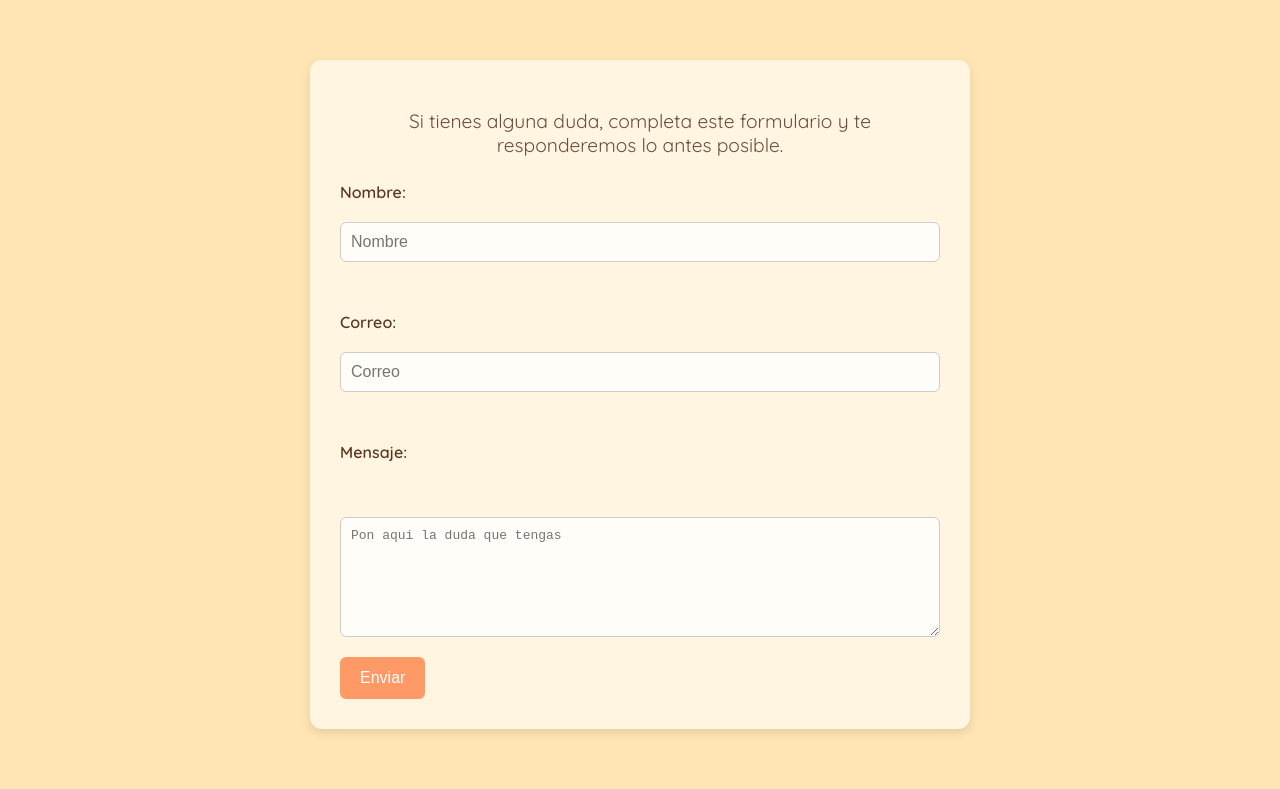
Repository: adriarodrisan/PetLover
Page: Paginas_web/contacto.html
An editor plug-in stored every save of this project. The page is shown before and after the next save, followed by the edit.
The browser window is 1280 px wide. The pictures show the whole page.

Above is the page before, as saved 2025-05-15 21:19:58.

### Paginas_web/contacto.html
<!DOCTYPE html>
<html lang="es">

<head>
  <meta charset="UTF-8">
  <meta name="viewport" content="width=device-width, initial-scale=1.0">
  <title>Contacto</title>
  <link rel="stylesheet" href="./Css_Paginas/contacto.css">
  <link href="https://fonts.googleapis.com/css2?family=Quicksand:wght@400;600&display=swap" rel="stylesheet">
</head>

<body>
  <div>
    <section>
      <p>Si tienes alguna duda, completa este formulario y te responderemos lo antes posible.</p>
      <form action="mail_contacto.php" method="post">
        <div class="campo">
          <label for="nombre"> Nombre:</label>
          <input type="text" name="nombre" placeholder="Nombre" required><br />
          <label for="correo"> Correo:</label>
          <input type="email" name="correo" placeholder="Correo" required><br />
          <label for="mensaje">Mensaje:</label><br />
          <textarea id="mensaje" name="mensaje" rows="4" cols="50" required
            placeholder="Pon aqui la duda que tengas"></textarea>
        </div>
        <button type="submit" class="btn">Enviar</button>
      </form>
    </section>
  </div>
</body>

</html>

### Paginas_web/Css_Paginas/contacto.css
body {
    font-family:  'Quicksand', sans-serif;
    background-color: #ffe5b4;
    color: #6d4c41;
    margin: 0;
    padding: 0;
}

section {
    background-color: #fff5e0;
    max-width: 600px;
    margin: 60px auto;
    padding: 30px;
    border-radius: 12px;
    box-shadow: 0 4px 10px rgba(0, 0, 0, 0.1);
    text-align: left;
}

p {
    text-align: center;
    font-size: 1.2em;
    margin-bottom: 25px;
}

.campo {
    display: flex;
    flex-direction: column;
    gap: 15px;
}

label {
    font-weight: bold;
    color: #5a3825;
    margin-bottom: 5px;
}

input[type="text"],
input[type="email"],
textarea {
    width: 100%;
    padding: 10px;
    border: 1px solid #ccc;
    border-radius: 6px;
    font-size: 1em;
    background-color: #fffdf8;
    box-sizing: border-box;
    transition: border-color 0.3s;
}
input:focus,
textarea:focus {
    border-color: #ff9966;
    outline: none;
}

textarea {
    resize: vertical;
    min-height: 120px;
}
.btn {
    background-color: #ff9966;
    color: white;
    border: none;
    padding: 12px 20px;
    font-size: 1em;
    border-radius: 6px;
    cursor: pointer;
    margin-top: 20px;
    transition: background-color 0.3s ease;
}

.btn:hover {
    background-color: #ff7043;
}

After the next save:
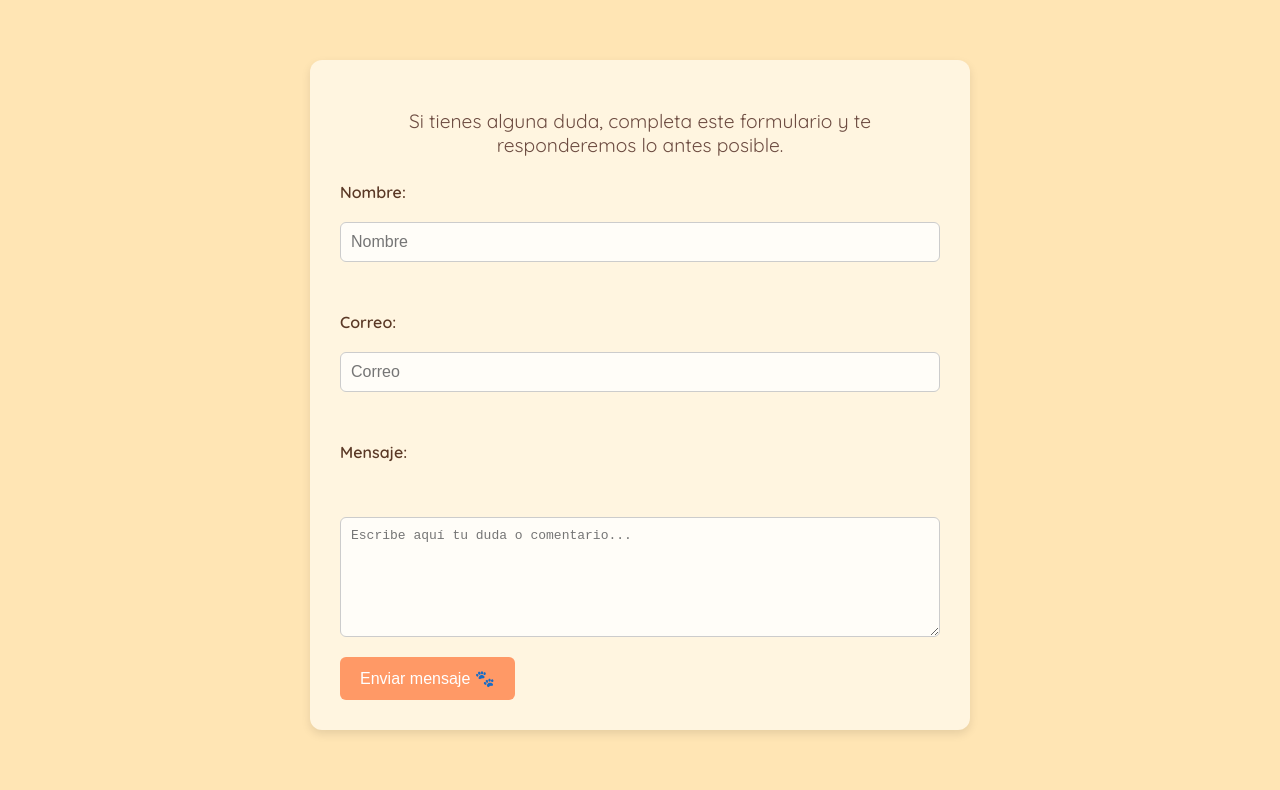
Saved 2 min 51 s later.
--- a/Paginas_web/contacto.html
+++ b/Paginas_web/contacto.html
@@ -13,6 +13,7 @@
   <div>
     <section>
       <p>Si tienes alguna duda, completa este formulario y te responderemos lo antes posible.</p>
+      <!-- Formulario de contacto que envía los datos a mail_contacto.php -->
       <form action="mail_contacto.php" method="post">
         <div class="campo">
           <label for="nombre"> Nombre:</label>
@@ -21,9 +22,10 @@
           <input type="email" name="correo" placeholder="Correo" required><br />
           <label for="mensaje">Mensaje:</label><br />
           <textarea id="mensaje" name="mensaje" rows="4" cols="50" required
-            placeholder="Pon aqui la duda que tengas"></textarea>
+          placeholder="Escribe aquí tu duda o comentario..."></textarea>
         </div>
-        <button type="submit" class="btn">Enviar</button>
+        <!-- Formulario de contacto que envía los datos a mail_contacto.php -->
+        <button type="submit" class="btn">Enviar mensaje 🐾</button>
       </form>
     </section>
   </div>
